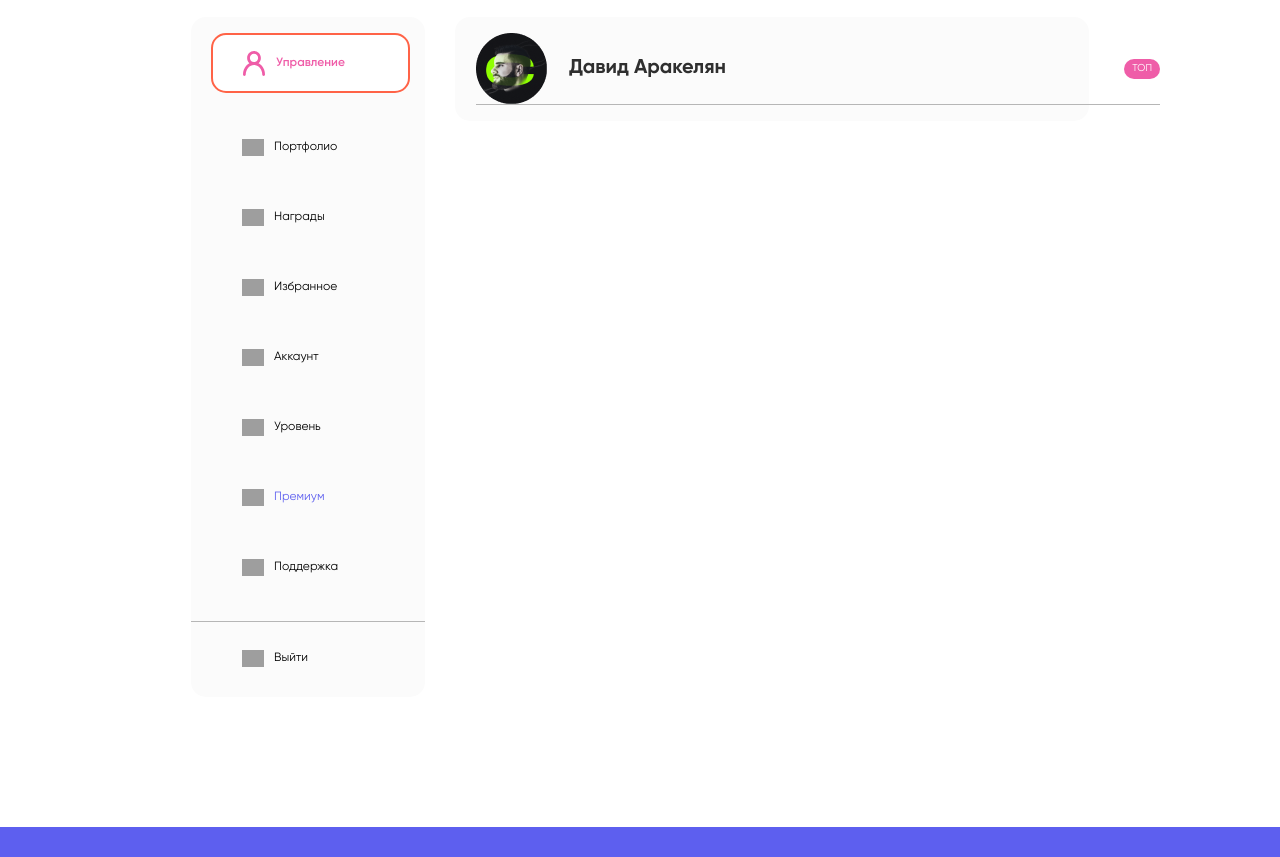
Repository: alexboagreek/selfmade
Page: index.html
The author's editor kept a copy of each file at every save. The page is drawn from the files as they stood at one save, then again after a run of saves.
The browser window is 1280 px wide. The pictures show the part of the page from y = 353 to 1210 px (the page is 1719 px tall).
Pictures or frames that could not be fetched are drawn as grey boxes. A picture or video elsewhere on the page could not be fetched, so the positions and the page height are approximate.

Above is the page before, as saved 2022-12-13 12:39:34.

### index.html
<!DOCTYPE html>
<html lang="ru">
<head>
    <meta charset="UTF-8">
    <meta http-equiv="X-UA-Compatible" content="IE=edge">
    <meta name="viewport" content="width=device-width, initial-scale=1.0">
    <link rel="stylesheet" href="css/style.css">
    <link rel="icon" type="image/png" sizes="64x64" href="assets/icons/favicon.png">
    <link rel="icon" type="image/png" sizes="48x48" href="assets/icons/favicon_48.png">
    <title>Selfmade</title>
</head>
<body>
    <header class="header">
        <div class="header__container">
            <h1 class="visually-hidden">Selfmade...</h1>
            <div class="header__box">
                <div class="header__logo">
                    <a href="/"><img src="./assets/icons/header_logo.svg" alt="Логотип Selfmade"></a>
                </div>
                <div class="header__login">
                    <div class="header__alarm">
                        <img class="header__alarm_icon" src="assets/icons/bell.svg" alt="authorization bell">
                    </div>
                    <p class="user__name">Аракелян Д.</p>
                    <div class="user__login">
                        <img src="assets/icons/user_icon.svg" alt="user icon">
                    </div>
                </div>

            </div>

        </div>
    </header>

    <main class="main main__container">
        <div class="sidebar">
            <ul class="menu__list">
                <li class="menu__list_item menu__list_item_fix">
                    <button class="menu__list_button menu__button_control control__text">Управление</button>
                </li>
                <li class="menu__list_item list_item_fix">
                    <button class="menu__list_button menu__button_portfolio">Портфолио</button>
                </li>
                <li class="menu__list_item list_item_fix">
                    <button class="menu__list_button menu__button_star">Награды</button>
                </li>
                <li class="menu__list_item list_item_fix">
                    <button class="menu__list_button menu__button_like">Избранное</button>
                </li>
                <li class="menu__list_item list_item_fix">
                    <button class="menu__list_button menu__button_settings">Аккаунт</button>
                </li>
                <li class="menu__list_item list_item_fix">
                    <button class="menu__list_button menu__button_level">Уровень</button>
                </li>
                <li class="menu__list_item list_item_fix">
                    <button class="menu__list_button menu__button_premium menu__button_active">Премиум</button>
                </li>
                <li class="menu__list_item item__border list_item_fix">
                    <button class="menu__list_button menu__button_helper">Поддержка</button>
                </li>
                <li class="menu__list_item list_item_fix menu__line">
                    <button class="menu__list_button menu__button_exit">Выйти</button>
                </li>
            </ul>
        </div>
        <div class="content">
            <section class="interface">
                <div class="interface__box">
                    <div class="interface__box_header interface__line">
                        <div class="user__info">
                            <img src="assets/img/interface.png" alt="Логотип интерфейса юзера | user interface logo" class="interface__img">
                            <p class="interface__text">Давид Аракелян</p>
                        </div>
                        <div class="interface__rating">Топ</div>
                    </div>
                </div>
            </section>
        </div>
    </main>

  <footer class="footer">
    <div class="footer__container">
        <div class="footer__box">
            <img src="./assets/icons/footer_logo.svg" alt="Логотип Selfmade">
            <div class="footer__social">
                <ul class="footer__social_list">
                    <li class="footer__social_list_item">
                        <svg width="15" height="14" viewbox="0 0 15 14" fill="none" xmlns="http://www.w3.org/2000/svg">
                            <path d="M0.911243 6.87875L4.18677 8.10128L5.45459 12.1786C5.53572 12.4397 5.85504 12.5363 6.067 12.363L7.89283 10.8745C8.08421 10.7186 8.35682 10.7108 8.55683 10.856L11.85 13.2469C12.0767 13.4117 12.3979 13.2875 12.4548 13.0135L14.8672 1.40935C14.9293 1.11007 14.6352 0.860402 14.3502 0.970619L0.907405 6.15646C0.575664 6.2844 0.578554 6.75408 0.911243 6.87875ZM5.25027 7.4505L11.6519 3.50775C11.7669 3.43709 11.8853 3.59266 11.7865 3.6843L6.50332 8.59526C6.31761 8.76813 6.19783 8.99946 6.1639 9.25055L5.98393 10.5842C5.9601 10.7623 5.70995 10.78 5.66081 10.6077L4.96866 8.17563C4.88939 7.89823 5.00491 7.60194 5.25027 7.4505Z" fill="#5D5FEF"/>
                        </svg>
                    </li>
                    <li class="footer__social_list_item">
                        <svg width="15" height="15" viewbox="0 0 15 15" fill="none" xmlns="http://www.w3.org/2000/svg">
                            <path fill-rule="evenodd" clip-rule="evenodd" d="M4.90509 0.6828C2.54568 0.6828 0.632996 2.59548 0.632996 4.9549V10.295C0.632996 12.6544 2.54568 14.5671 4.90509 14.5671H10.2452C12.6046 14.5671 14.5173 12.6544 14.5173 10.295V4.9549C14.5173 2.59548 12.6046 0.6828 10.2452 0.6828H4.90509ZM7.57515 3.88687C5.51067 3.88687 3.83707 5.56047 3.83707 7.62496C3.83707 9.68944 5.51067 11.363 7.57515 11.363C9.63964 11.363 11.3132 9.68944 11.3132 7.62496C11.3132 5.56047 9.63964 3.88687 7.57515 3.88687ZM11.5421 4.64975C12.0898 4.64975 12.5338 4.20573 12.5338 3.65801C12.5338 3.11029 12.0898 2.66627 11.5421 2.66627C10.9944 2.66627 10.5504 3.11029 10.5504 3.65801C10.5504 4.20573 10.9944 4.64975 11.5421 4.64975Z" fill="#5D5FEF"/>
                        </svg>
                    </li>
                    <li class="footer__social_list_item">
                        <svg width="16" height="9" viewbox="0 0 16 9" fill="none" xmlns="http://www.w3.org/2000/svg">
                            <path d="M12.9479 4.91454C12.7006 4.61918 12.7714 4.48778 12.9479 4.22376C12.9511 4.22075 14.9925 1.55289 15.2028 0.648132L15.2041 0.647529C15.3086 0.317814 15.2041 0.0755005 14.6987 0.0755005H13.0263C12.6006 0.0755005 12.4043 0.283456 12.2991 0.516125C12.2991 0.516125 11.4477 2.44378 10.2431 3.69332C9.85434 4.05438 9.67462 4.17012 9.46239 4.17012C9.35787 4.17012 9.19535 4.05438 9.19535 3.72467V0.647529C9.19535 0.252112 9.07617 0.0755005 8.72373 0.0755005H6.09412C5.82709 0.0755005 5.66839 0.259948 5.66839 0.431737C5.66839 0.80666 6.27066 0.892856 6.33312 1.9477V4.23642C6.33312 4.73792 6.23689 4.83015 6.02338 4.83015C5.45489 4.83015 4.07508 2.89465 3.25739 0.679476C3.09232 0.249701 2.93108 0.0761032 2.50216 0.0761032H0.829178C0.351821 0.0761032 0.255585 0.284059 0.255585 0.516728C0.255585 0.927817 0.824079 2.97181 2.89921 5.67222C4.28221 7.51549 6.22988 8.51428 8.00164 8.51428C9.06661 8.51428 9.19663 8.29246 9.19663 7.91091C9.19663 6.14961 9.10039 5.98325 9.63383 5.98325C9.88111 5.98325 10.3068 6.09898 11.3011 6.98806C12.4374 8.04231 12.6242 8.51428 13.2602 8.51428H14.9326C15.4093 8.51428 15.6508 8.29246 15.5119 7.85485C15.1939 6.93442 13.0448 5.04112 12.9479 4.91454V4.91454Z" fill="#5D5FEF"/>
                        </svg>
                    </li>
                    <li class="footer__social_list_item">
                        <svg width="7" height="14" viewbox="0 0 7 14" fill="none" xmlns="http://www.w3.org/2000/svg">
                            <path d="M5.1126 2.93661H6.8285V0.446777H4.81141V0.455757C2.36736 0.540786 1.86645 1.89031 1.8223 3.30771H1.81727V4.55101H0.153015V6.9893H1.81727V13.5253H4.3254V6.9893H6.37996L6.77685 4.55101H4.32622V3.79984C4.32622 3.32082 4.65072 2.93661 5.1126 2.93661Z" fill="#5D5FEF"/>
                        </svg>
                    </li>
                </ul>
            </div>
        </div>
        <div class="footer__services">
            <ul class="services__list">
                <li class="services__list_item">Как работает сервис?</li>
                <li class="services__list_item">Советы от SELFMADE</li>
                <li class="services__list_item">Пользовательское соглашение</li>
                <li class="services__list_item">Почему SELFMADE</li>
                <li class="services__list_item">Помощь и поддержка</li>
            </ul>
        </div>
    </div>
    <div class="footer__copyright">
        <ul class="footer__copyright_list">
            <li class="footer__copyright_list_item footer__copy_text">© SELFMADE.TEAM 2022</li>
            <li class="footer__copyright_list_item footer__copy_text-info">ИНН 431207720494 / ОГРНИП 320508100324371</li>
            <li class="footer__copyright_list_item">
                <a class="footer__copyright_link" href="#">Политика конфиденциальности</a>
            </li>
        </ul>
    </div>

  </footer>
</body>
</html>

### css/style.css
@import 'normalize.css';
@import 'fonts.css';
@import 'default.css';
@import 'header.css';
@import 'sidebar.css';
@import 'interface.css';
@import 'footer.css';

### css/fonts.css
@font-face {
    font-family: Gilroy;
    src: url(../assets/fonts/Gilroy-Regular.woff2) format('woff2'),
    url(../assets/fonts/Gilroy-Regular.woff) format('woff');
    font-weight: 400;
}

@font-face {
    font-family: Gilroy;
    src: url(../assets/fonts/Gilroy-Semibold.woff2) format('woff2'),
    url(../assets/fonts/Gilroy-Semibold.woff) format('woff');
    font-weight: 500;
}

@font-face {
    font-family: Gilroy;
    src: url(../assets/fonts/Gilroy-Bold.woff2) format('woff2'),
    url(../assets/fonts/Gilroy-Bold.woff) format('woff');
    font-weight: 600;
}

### css/default.css
:root {
    --color-control-text:#EF5DA8;
    --color-menu: #F0F0F0;
    --color-menu-active: #5D5FEF;
    --color-alarm: #EF5DA8;
    --color-main: #FBFBFB;
    --footer-color-main: #5D5FEF;
    --footer-color-copyright: #5556D3;
    --footer-social-color: #FFFFFF;
    --footer-copyright-link: #B6B6B6;
}

html {
  overflow-x: hidden;
  position: relative;
  box-sizing: border-box;
}

*,
*::before,
*::after {
  box-sizing: inherit;
}

body {
  display: flex;
  flex-direction: column;
  min-width: 320px;
  height: 100%;
  font-family: Gilroy, sans-serif;
  background-color: #FFFFFF;
  font-size: 16px;
  overflow-x: hidden;
  position: relative;
}

img,
svg {
  max-width: 100%;
  max-height: 100%;
  height: auto;
}

button {
  padding: 0;
  cursor: pointer;
  border: none;
  background-color: transparent;
}

a {
  text-decoration: none;
  color: inherit;
}

ul {
  list-style: none;
  padding: 0;
  margin: 0;
}

h1,
h2,
h3,
p,
figure,
fieldset {
  margin: 0;
}

iframe {
  border: none;
}

fieldset {
  padding: 0;
  border: 0;
}

.visually-hidden {
  position: fixed;
  transform: scale(0);
}

.container {
    max-width: 1400px;
    padding: 0 100px;
    margin: 0 auto;
}

### css/header.css
.header {
    padding-top: 28px;
    padding-bottom: 37px;
    flex: 0 0 auto;
    background-color: #FFFFFF;
}

.header__box {
    display: flex;
    justify-content: space-between;
    align-items: center;
}

.header__container {
    max-width: 1500px;
    margin: 0 auto;
    padding: 0 100px;
}

.header__alarm {
    position: relative;
    margin-right: 11px;
}

.header__alarm::after {
    position: absolute;
    top: 0;
    content: '';
    width: 5px;
    height: 5px;
    background-color: var(--color-alarm);
    border-radius: 50%;
}
.user__name {
    margin-right: 6px;
}

.header__login {
    display: flex;
    align-items: center;
}

.user__login {
    cursor: pointer;
}

.services__list_item {
    cursor: pointer;
}

### css/sidebar.css
.main {
    display: flex;
}

.main__container {
    max-width: 1200px;
    margin: 0 auto;
}

.sidebar {
    display: flex;
    justify-content: center;
    width: 234px;
    border-radius: 15px;
    background-color: var(--color-main);
    margin-bottom: 130px;
    margin-right: 30px;
}

.menu__list_button {
    font-size: 12px;
    line-height: 16px;
    padding: 7px 8px 7px 40px;
    background-size: 22px;
    background-position: 8px center;
    background-repeat: no-repeat;
    border-radius: 50px;
    border: 1px solid transparent;
    white-space: nowrap;
    outline: none;
    margin-bottom: 38px;
}

.menu__list_item_fix {
    display: flex;
    padding-left: 20px;
    align-items: flex-start;
}

.menu__button_active {
    color: var(--color-menu-active);
}

.menu__button_control {
    width: 199px;
    margin-top: 16px;
    border-radius: 15px;
    border: 2px solid tomato;
    padding: 20px;
    background-color: #FFFFFF;
    background-image: url('../assets/icons/user__icon.svg');
    background-position: calc(30px);
}

.control__text {
    font-weight: 500;
    color: var(--color-control-text);
}

.menu__button_portfolio {
    background-image: url('../assets/icons/portfolio_icon.svg');
}
.menu__button_star {
    background-image: url('../assets/icons/star_icon.svg');
}

.menu__button_like {
    background-image: url('../assets/icons/like_icon.svg');
}
.menu__button_settings {
    background-image: url('../assets/icons/settings_icon.svg');
}
.menu__button_level {
    background-image: url('../assets/icons/level_icon.svg');
}
.menu__button_premium {
    background-image: url('../assets/icons/premium_icon.svg');
}

.menu__button_helper {
    background-image: url('../assets/icons/helper_icon.svg');
}

.menu__line {
    width: 234px;
    border-top: 1px solid var(--footer-copyright-link);
}
.menu__button_exit {
    background-image: url('../assets/icons/exit_icon.svg');
    margin-top: 20px;
    margin-bottom: 23px;
}

.list_item_fix {
    padding-left: 42px;
}

### css/interface.css
.interface__box {
    border-radius: 15px;
    padding: 16px 21px;
    width: 634px;
    background-color: var(--color-main);
}
.interface__box_header {
    display: flex;
    justify-content: space-between;
    align-items: center;
    border-bottom: 1px solid tomato;
}
.user__info {
    display: flex;
    align-items: center;
}

.interface__text {
    font-weight: 700;
    font-size: 20px;
    margin-left: 22px;
    line-height: 1.06;
    color: #2F2F2F;
}

.interface__rating {
    padding: 4px 8px;
    border-radius: 47px;
    color: #FFFFFF;
    background-color: var( --color-control-text);
    font-size: 10px;
    text-transform: uppercase;
}

.interface__line {
    width: 684px;
    border-bottom: 1px solid var(--footer-copyright-link);
}

### css/footer.css
.footer {
    flex: 0 0 auto;
}

.footer__container {
    padding: 50px 140px 0px 140px;
    background-color: var(--footer-color-main);
}

.footer__box {
    display: flex;
    justify-content: space-between;
    background-color: var(--footer-color-main);
    margin-bottom: 50px;
}

.footer__social_list_item {
    display: flex;
    align-items: center;
    justify-content: center;
    width: 29px;
    height: 29px;
    background-color: var(--footer-social-color);
    border-radius: 50%;
    margin-right: 19px;
    cursor: pointer;
}

.footer__social_list_item:last-child {
    margin-right: 0;
}

.footer__social_list {
    display: flex;
}

.footer__services {
    padding-bottom: 41px;
}

.services__list {
    display: flex;
    justify-content: space-between;
}
.services__list_item {
    font-size: 16px;
    font-weight: 500;
    color: var(--footer-social-color);
}

.footer__copyright {
    padding: 30px 140px;
    border-top: 1px solid #FFFFFF;
    background-color: var(--footer-color-copyright);
}

.footer__copyright_list {
    display: flex;
    justify-content: space-between;
}

.footer__copy_text {
    font-weight: 500;
    line-height: 16px;
    color: var(--footer-social-color);
}

.footer__copy_text-info {
    font-weight: 400;
    color: var(--footer-social-color);
}
.footer__copyright_link {
    color: var(--footer-copyright-link);
}

Loaded but not shown: css/normalize.css (library)

After the next 2 saves:
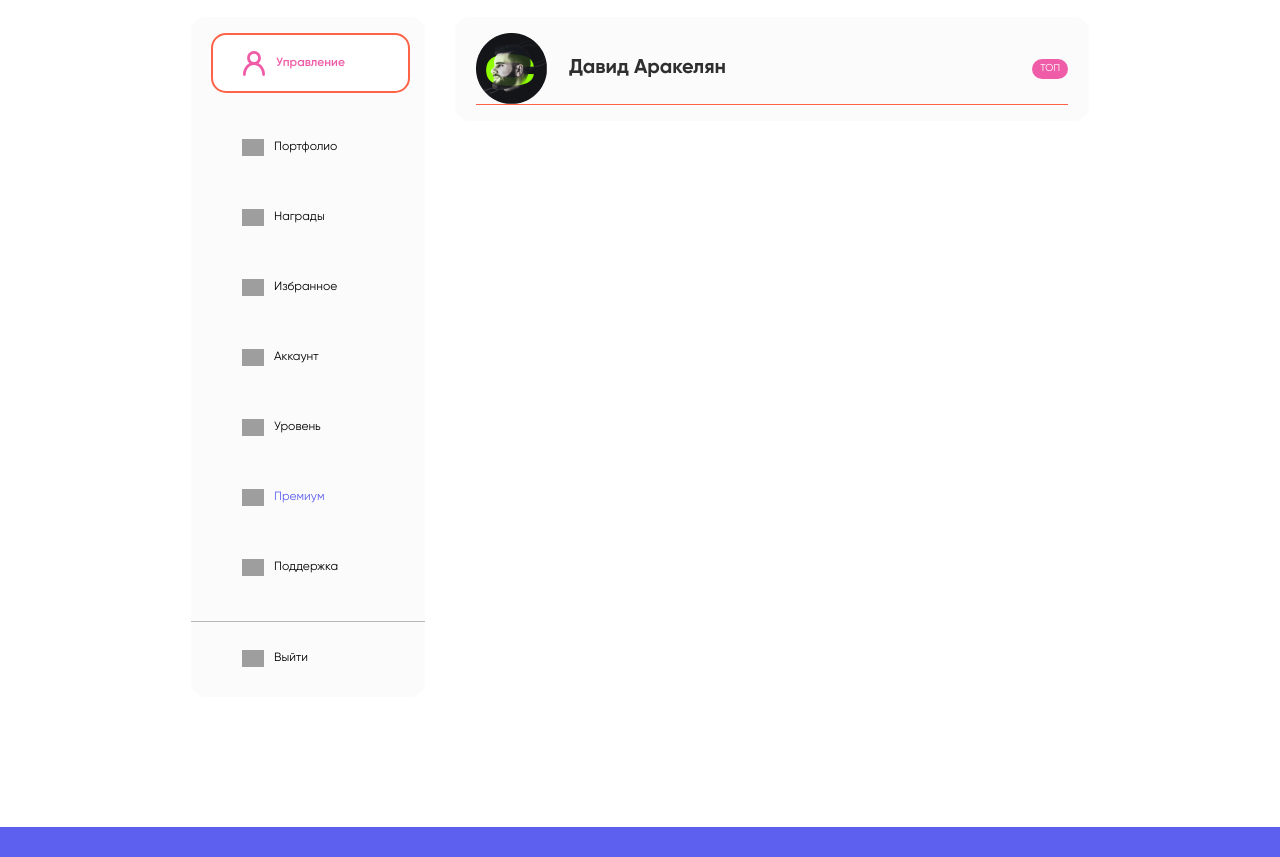
The 2 saves are shown as one change because they came seconds apart.
The last was saved 22 s later.
--- a/css/interface.css
+++ b/css/interface.css
@@ -31,8 +31,3 @@
     font-size: 10px;
     text-transform: uppercase;
 }
-
-.interface__line {
-    width: 684px;
-    border-bottom: 1px solid var(--footer-copyright-link);
-}
